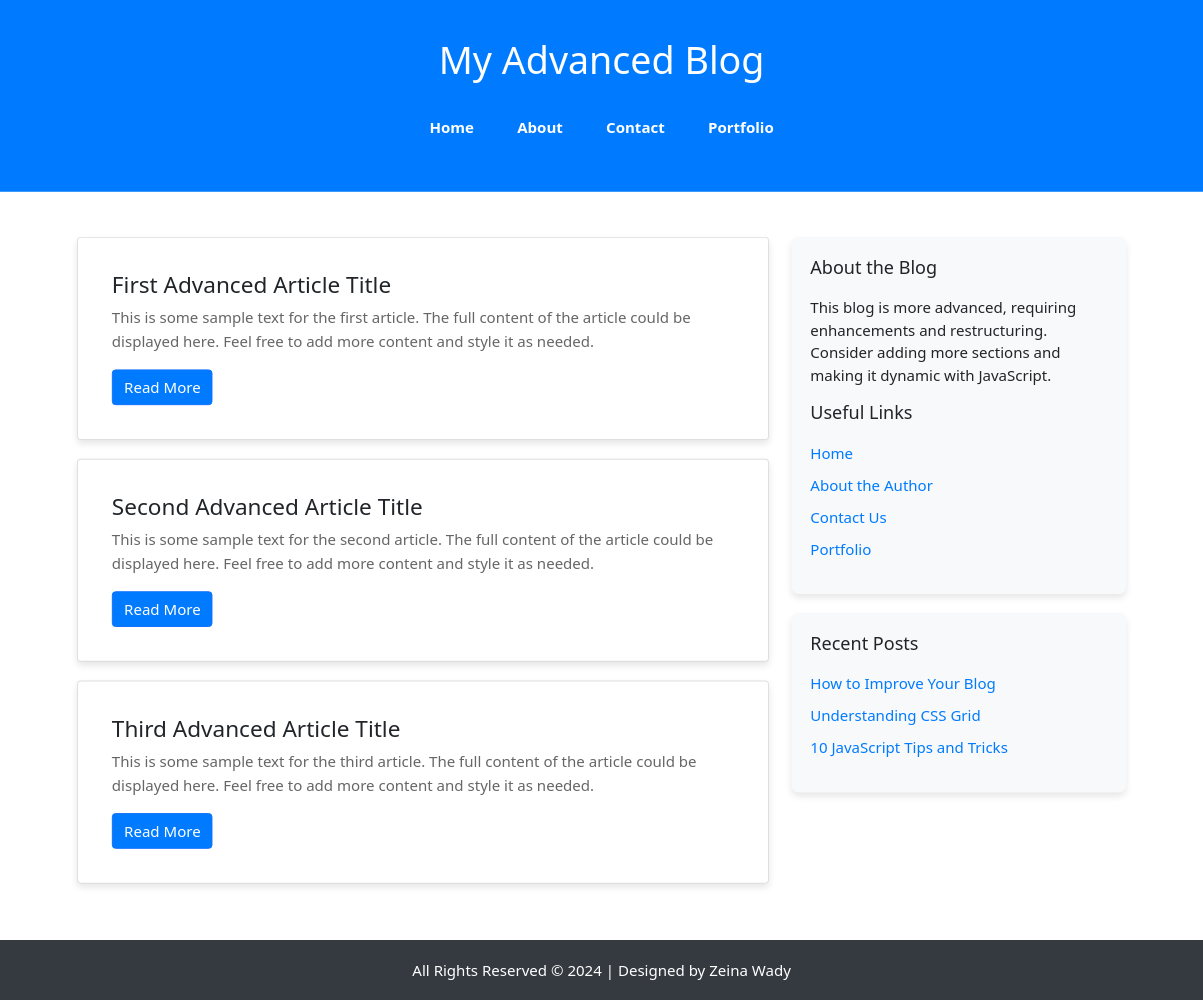
Repository: zeinawady/Blog-Code-Refactoring
Page: index.html
The author's editor kept a copy of each file at every save. The page is drawn from the files as they stood at one save, then again after the next save.
The browser window is 1280 px wide. The pictures show the whole page, at 94% of full size.

Above is the page before, as saved 2024-09-23 15:00:28.

### index.html
<!DOCTYPE html>
<html lang="en">
  <head>
    <meta charset="UTF-8" />
    <meta name="viewport" content="width=device-width, initial-scale=1.0" />
    <title>My Advanced Blog</title>
    <link rel="stylesheet" href="style.css">
    <link
      href="https://cdn.jsdelivr.net/npm/bootstrap@5.1.3/dist/css/bootstrap.min.css"
      rel="stylesheet"
    />

  </head>
  <body>
    <header>
      <h1 class="text-center text-white">My Advanced Blog</h1>
      <nav class="navbar navbar-expand-lg bg-body-tertiary">
        <div class="container">

          <button class="navbar-toggler ms-auto" type="button" data-bs-toggle="collapse" data-bs-target="#navbarNavAltMarkup" aria-controls="navbarNavAltMarkup" aria-expanded="false" aria-label="Toggle navigation">
            <span class="navbar-toggler-icon">click</span>
          </button>
          <div class="collapse navbar-collapse justify-content-center" id="navbarNavAltMarkup">
            <div class="navbar-nav">
              <a class="nav-link active text-white" aria-current="page" href="#">Home</a>
              <a class="nav-link text-white" href="#">About</a>
              <a class="nav-link text-white" href="#">Contact</a>
              <a class="nav-link text-white" href="#">Portfolio</a>
            </div>
          </div>
        </div>
      </nav>

    </header>

    <div class="container mt-5">
      <div class="row">
        <div class="col-lg-8">

          <article class="card">
            <div class="card-body">
            <h2 class="card-title">First Advanced Article Title</h2>
            <p class="card-text">
              This is some sample text for the first article. The full content
              of the article could be displayed here. Feel free to add more
              content and style it as needed.
            </p>
            <button class="btn btn-primary">Read More</button>
         </div>
        </article>

        <article class="card">
          <div class="card-body">
          <h2 class="card-title">Second Advanced Article Title</h2>
          <p class="card-text">
            This is some sample text for the second article. The full content
            of the article could be displayed here. Feel free to add more
            content and style it as needed.
          </p>
          <button class="btn btn-primary">Read More</button>
       </div>
      </article>

      <article class="card">
        <div class="card-body">
        <h2 class="card-title">Third Advanced Article Title</h2>
        <p class="card-text">
          This is some sample text for the third article. The full content
          of the article could be displayed here. Feel free to add more
          content and style it as needed.
        </p>
        <button class="btn btn-primary">Read More</button>
     </div>
    </article>
        </div>

        <div class="col-md-4">
          <aside>
            <h3>About the Blog</h3>
            <p>
              This blog is more advanced, requiring enhancements and
              restructuring. Consider adding more sections and making it dynamic
              with JavaScript.
            </p>
            <h3>Useful Links</h3>
            <ul>
              <li><a href="#">Home</a></li>
              <li><a href="#">About the Author</a></li>
              <li><a href="#">Contact Us</a></li>
              <li><a href="#">Portfolio</a></li>
            </ul>
          </aside>
          <aside>
            <h3>Recent Posts</h3>
            <ul>
              <li><a href="#">How to Improve Your Blog</a></li>
              <li><a href="#">Understanding CSS Grid</a></li>
              <li><a href="#">10 JavaScript Tips and Tricks</a></li>
            </ul>
          </aside>
        </div>
      </div>
    </div>

    <footer>
      <p>All Rights Reserved © 2024 | Designed by Zeina Wady</p>
    </footer>

    <script src="https://cdn.jsdelivr.net/npm/bootstrap@5.1.3/dist/js/bootstrap.bundle.min.js"></script>
  </body>
</html>

### style.css
body {
    font-family: Arial, sans-serif;
    background-color: #f4f4f9;
  }
  :root{
    --main-color:#007bff;
  }
  header {
    background-color: var(--main-color);
    /* color: white; */
    padding: 40px 0;
    /* text-align: center; */
    position: relative;
  }
  header::after {
    content: "";
    position: absolute;
    bottom: -20px;
    left: 50%;
    transform: translateX(-50%);
    width: 100px;
    height: 5px;
    background-color: white;
  }
  .navbar {
    display: flex;
    justify-content: center;
    margin-top: 20px;
  }
  nav a {
    /* color: white; */
    margin: 0 15px;
    text-decoration: none;
    font-weight: bold;
    transition: 0.3s;
  }
  nav a:hover {
    text-decoration: underline;
  }
  article {
    border: 1px solid #ddd;
    margin-bottom: 20px;
    padding: 20px;
    background-color: white;
    box-shadow: 0 4px 8px rgba(0, 0, 0, 0.1);
    transition: transform 0.3s ease, box-shadow 0.3s ease;
  }
  .card:hover {
    transform: translateY(-5px);
    box-shadow: 0 8px 16px rgba(0, 0, 0, 0.2);
  }
  article h2 {
    font-size: 1.5rem;
    /* margin-bottom: 15px; */
  }
  article p {
    color: #666;
    line-height: 1.6;
  }
  article .btn-primary {
    background-color:var(--main-color);
    /* border: none; */
  }
  /* article .btn-primary:hover {
    background-color: #0056b3;
  } */
  aside {
    background-color: #f8f9fa;
    padding: 20px;
    border-radius: 8px;
    box-shadow: 0 4px 8px rgba(0, 0, 0, 0.1);
    margin-bottom: 20px;
  }
  aside h3 {
    margin-bottom: 20px;
    font-size: 1.2rem;
  }
  aside ul {
    list-style-type: none;
    padding-left: 0;
  }
  aside ul li {
    margin-bottom: 10px;
  }
  aside ul li a {
    color: var(--main-color);
    text-decoration: none;
  }
  aside ul li a:hover {
    text-decoration: underline;
  }
  footer {
    background-color: #343a40;
    color: white;
    text-align: center;
    padding: 20px;
    margin-top: 40px;
  }
  footer p {
    margin: 0;
  }

After the next save:
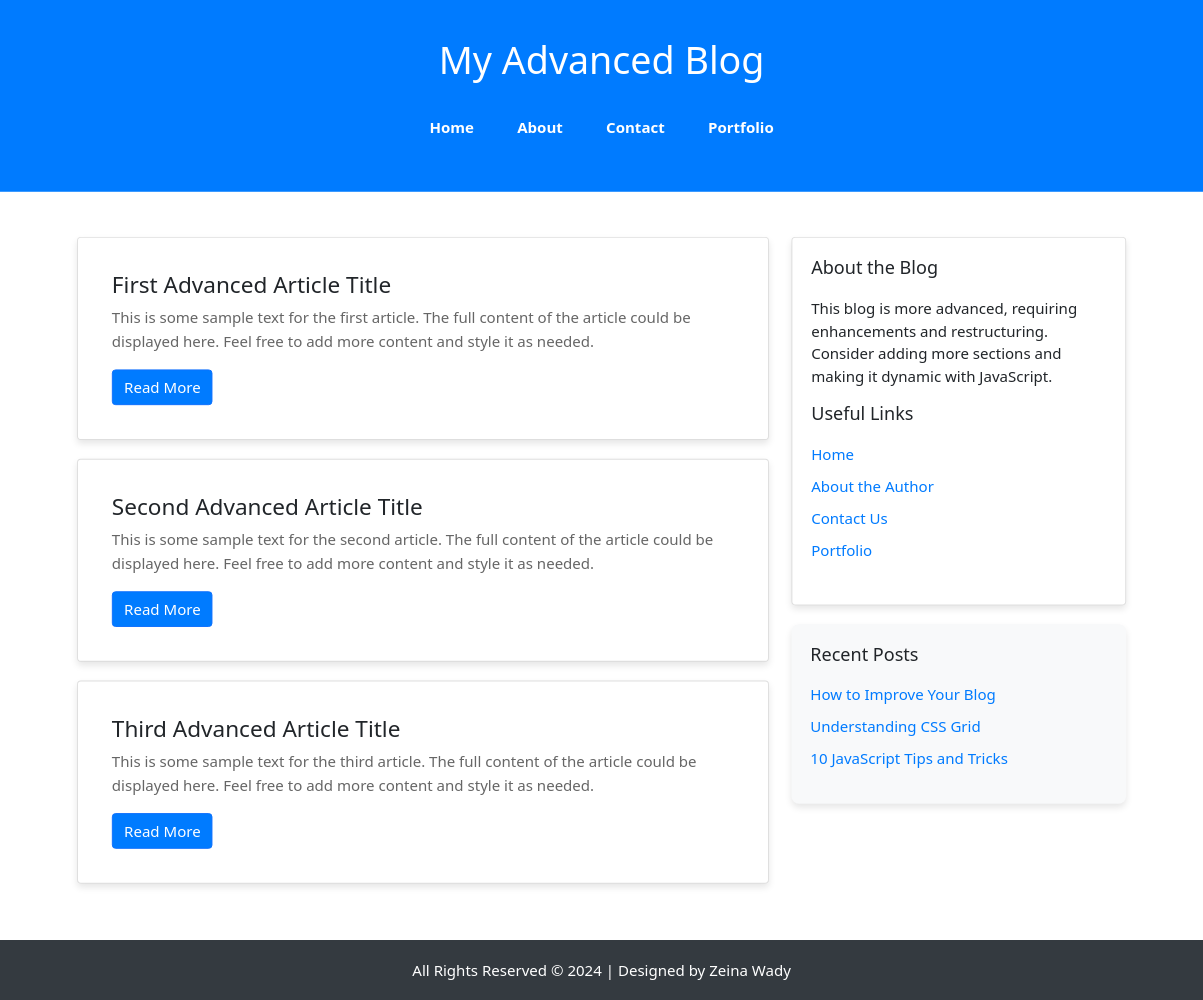
Saved 15 s later.
--- a/index.html
+++ b/index.html
@@ -75,7 +75,7 @@
         </div>
 
         <div class="col-md-4">
-          <aside>
+          <aside class="card">
             <h3>About the Blog</h3>
             <p>
               This blog is more advanced, requiring enhancements and

After the 4 saves that followed:
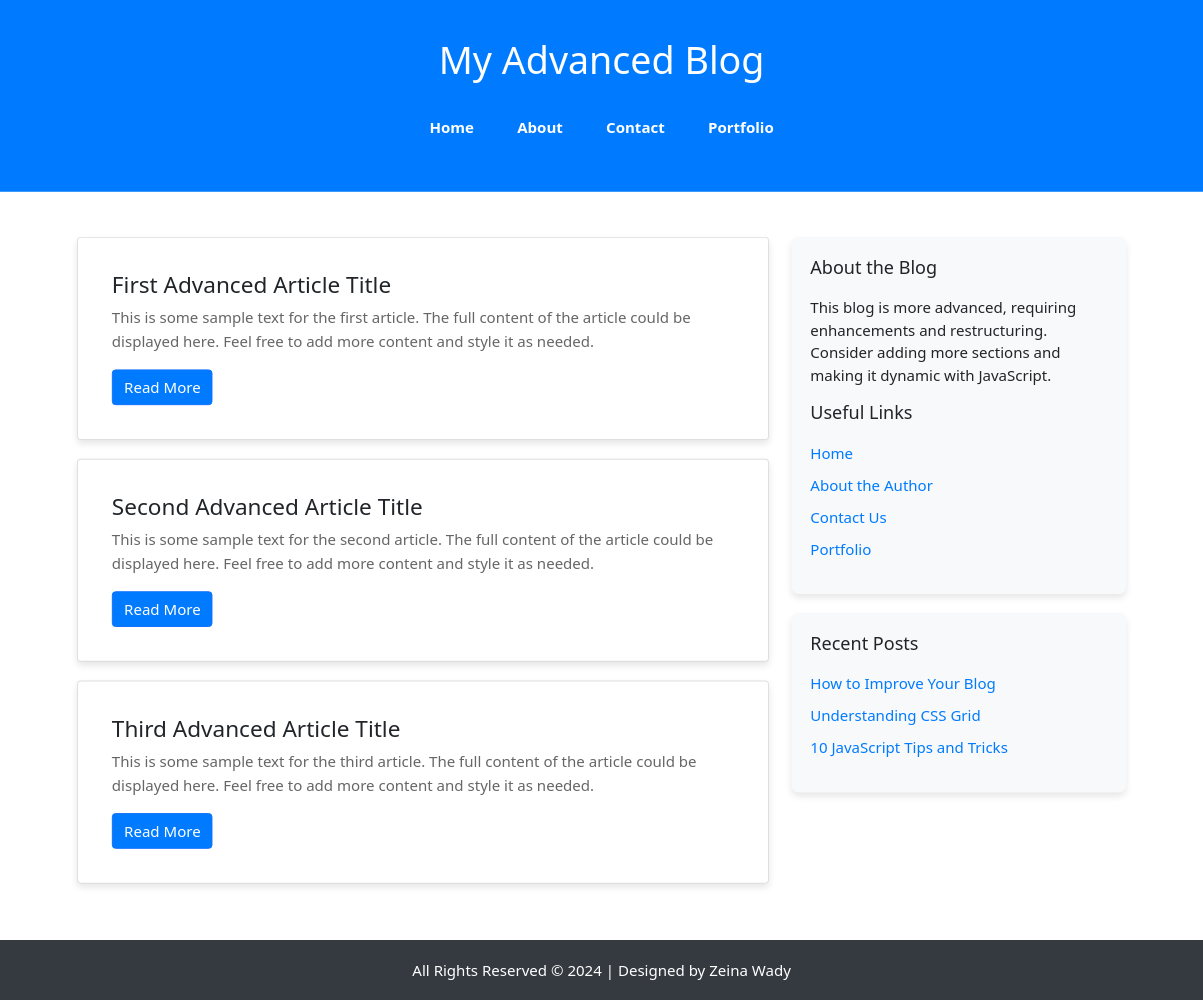
The 4 saves are shown as one change because 2 left the picture as it was and some came seconds apart.
The last was saved 82 s later.
--- a/index.html
+++ b/index.html
@@ -75,7 +75,7 @@
         </div>
 
         <div class="col-md-4">
-          <aside class="card">
+          <aside >
             <h3>About the Blog</h3>
             <p>
               This blog is more advanced, requiring enhancements and
--- a/style.css
+++ b/style.css
@@ -45,7 +45,7 @@ body {
     box-shadow: 0 4px 8px rgba(0, 0, 0, 0.1);
     transition: transform 0.3s ease, box-shadow 0.3s ease;
   }
-  .card:hover {
+  article:hover {
     transform: translateY(-5px);
     box-shadow: 0 8px 16px rgba(0, 0, 0, 0.2);
   }
